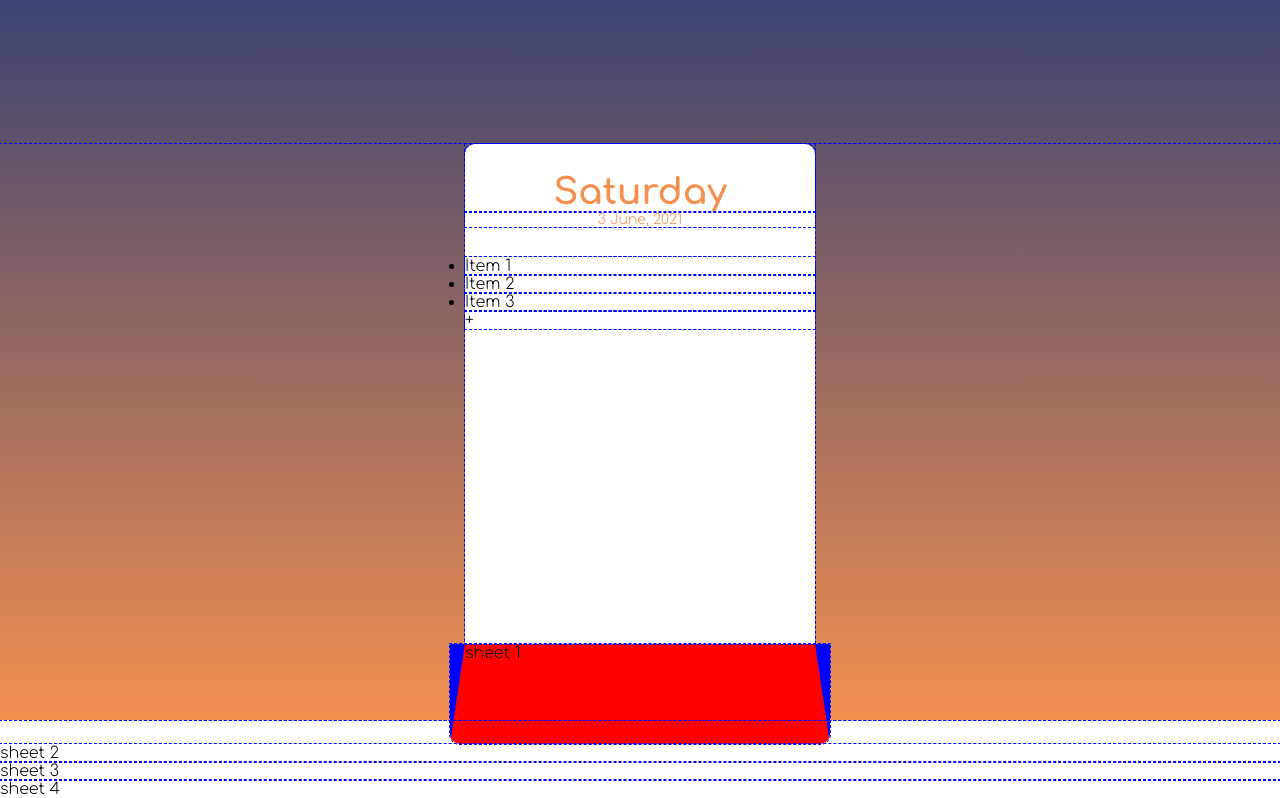
Repository: Colo-Codes/mini-projects
Page: todo-app/index.html
An editor plug-in stored every save of this project. The page is shown before and after the next save, followed by the edit.
The browser window is 1280 px wide. The pictures show the whole page.

Above is the page before, as saved 2021-07-04 11:31:26.

After the next save:
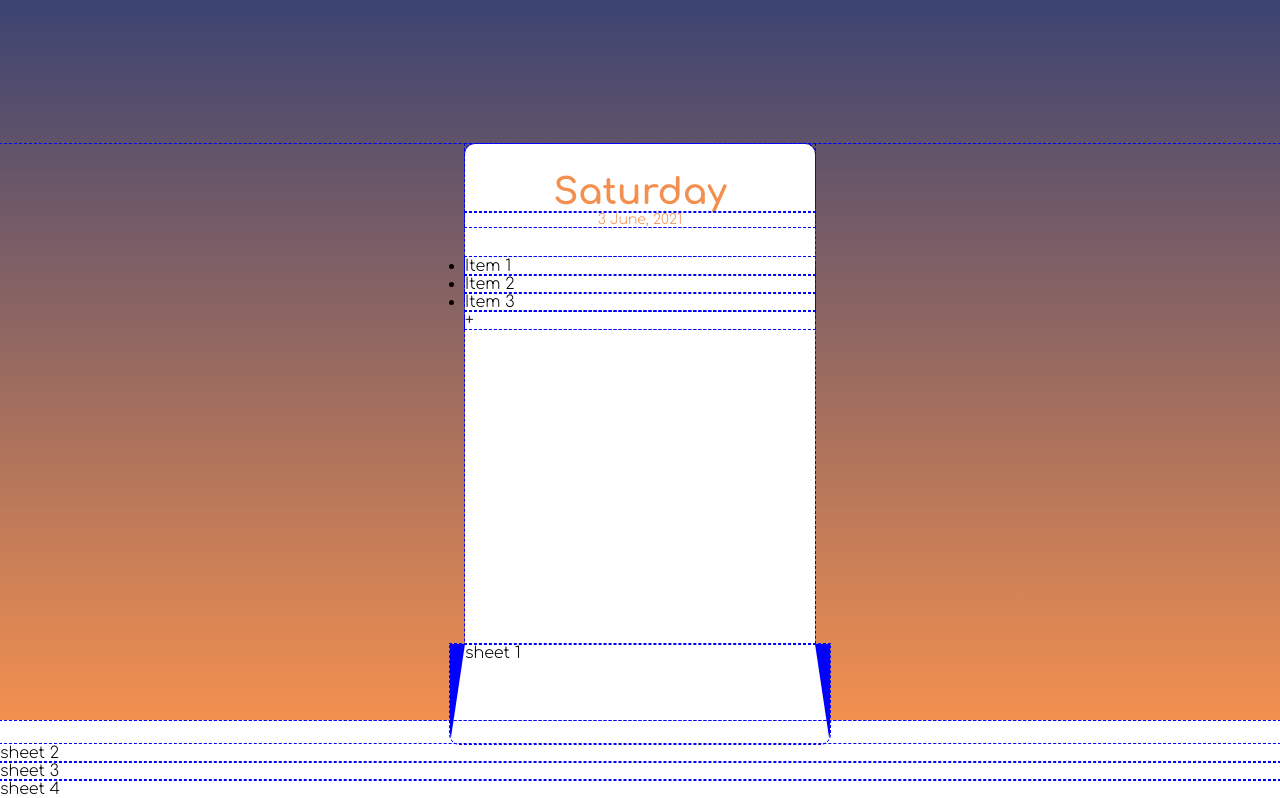
Saved 23 s later.
--- a/todo-app/css/index.css
+++ b/todo-app/css/index.css
@@ -50,7 +50,7 @@ body {
     margin: auto;
     border-radius: 0 0 10px 10px;
 
-    border-bottom: 100px solid red;
+    border-bottom: 100px solid white;
     border-left: 15px solid transparent;
     border-right: 15px solid transparent;
     height: 0;
